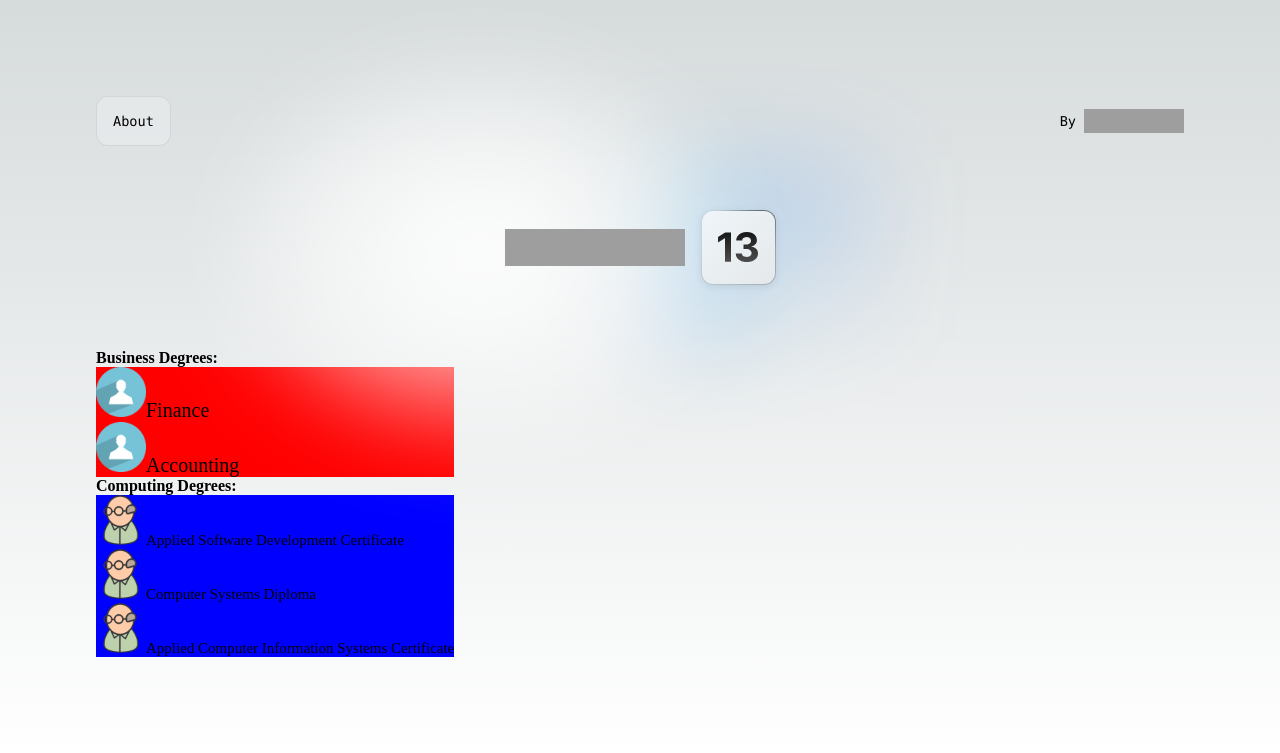
Repository: anikagrewal/week3example
Page: /
These files come from the project's save history. The page is drawn as it stood at one moment and after the next save; the edit follows.
The browser window is 1280 px wide. The pictures show the whole page.
Pictures or frames that could not be fetched are drawn as grey boxes. The project was rebuilt for these pictures with package versions that can differ from the ones it lists, and the page was loaded fresh each time. The framework's server and built-in components were replaced by stand-ins that run in the browser. Also part of the build but not shown: next.config.js.

Above is the page before, as saved 2023-01-18 12:49:41.

### pages/index.js
import Head from 'next/head'
import Image from 'next/image'
import { Inter } from '@next/font/google'
import styles from '@/styles/Home.module.css'
import data from '../data/education.json'
import { useState } from 'react'
import Card from '../components/Card'
import Link from 'next/link'

const inter = Inter({ subsets: ['latin'] })

console.log(data);
export default function Home() {

  const [information, setInformation] = useState([...data])

  return (
    <>
      <Head>
        <title>Create Next App</title>
        <meta name="description" content="Generated by create next app" />
        <meta name="viewport" content="width=device-width, initial-scale=1" />
        <link rel="icon" href="/favicon.ico" />
      </Head>
      <main className={styles.main}>
        <div className={styles.description}>
          <p>
            <Link href="about">About</Link>
          </p>
          <div>
            <a
              href="https://vercel.com?utm_source=create-next-app&utm_medium=default-template&utm_campaign=create-next-app"
              target="_blank"
              rel="noopener noreferrer"
            >
              By{' '}
              <Image
                src="/vercel.svg"
                alt="Vercel Logo"
                className={styles.vercelLogo}
                width={100}
                height={24}
                priority
              />
            </a>
          </div>
        </div>

        <div className={styles.center}>
          <Image
            className={styles.logo}
            src="/next.svg"
            alt="Next.js Logo"
            width={180}
            height={37}
            priority
          />
          <div className={styles.thirteen}>
            <Image
              src="/thirteen.svg"
              alt="13"
              width={40}
              height={31}
              priority
            />
          </div>
        </div>

        <div className={styles.grid}>
          <div className={styles.gridlayout}>
          <div className={styles.busdeg}>
        <b>Business Degrees: </b>
          {information && information.map((info, index) => {
            if(info.department === "Business") {
              return (
                <Card key={index} degree={info.degree} colour="red" font="20px"/>
              )
            }


          })}
          </div>

        <div className={styles.compdeg}>
          <b>Computing Degrees:</b>
            {information && information.map((info, index) => {
            if(info.department.toLowerCase() === "computing") {
              return (
                <Card key={index} degree={info.degree} colour="blue" font="15px"/>
              )
            }
          })}

          </div>
        </div>
        </div>
      </main>
    </>
  )
}

### styles/Home.module.css
.main {
  display: flex;
  flex-direction: column;
  justify-content: space-between;
  align-items: center;
  padding: 6rem;
  min-height: 100vh;
}

.description {
  display: inherit;
  justify-content: inherit;
  align-items: inherit;
  font-size: 0.85rem;
  max-width: var(--max-width);
  width: 100%;
  z-index: 2;
  font-family: var(--font-mono);
}

.description a {
  display: flex;
  justify-content: center;
  align-items: center;
  gap: 0.5rem;
}

.description p {
  position: relative;
  margin: 0;
  padding: 1rem;
  background-color: rgba(var(--callout-rgb), 0.5);
  border: 1px solid rgba(var(--callout-border-rgb), 0.3);
  border-radius: var(--border-radius);
}

.code {
  font-weight: 700;
  font-family: var(--font-mono);
}

.grid {
  display: grid;
  grid-template-columns: repeat(4, minmax(25%, auto));
  width: var(--max-width);
  max-width: 100%;

}

.grid {
  display: flex;
  gap: 50px;
}

.card {
  padding: 1rem 1.2rem;
  border-radius: var(--border-radius);
  background: rgba(var(--card-rgb), 0);
  border: 1px solid rgba(var(--card-border-rgb), 0);
  transition: background 200ms, border 200ms;
}

.card span {
  display: inline-block;
  transition: transform 200ms;
}

.card h2 {
  font-weight: 600;
  margin-bottom: 0.7rem;
}

.card p {
  margin: 0;
  opacity: 0.6;
  font-size: 0.9rem;
  line-height: 1.5;
  max-width: 30ch;
}

.center {
  display: flex;
  justify-content: center;
  align-items: center;
  position: relative;
  padding: 4rem 0;
}

.center::before {
  background: var(--secondary-glow);
  border-radius: 50%;
  width: 480px;
  height: 360px;
  margin-left: -400px;
}

.center::after {
  background: var(--primary-glow);
  width: 240px;
  height: 180px;
  z-index: -1;
}

.center::before,
.center::after {
  content: '';
  left: 50%;
  position: absolute;
  filter: blur(45px);
  transform: translateZ(0);
}

.logo,
.thirteen {
  position: relative;
}

.thirteen {
  display: flex;
  justify-content: center;
  align-items: center;
  width: 75px;
  height: 75px;
  padding: 25px 10px;
  margin-left: 16px;
  transform: translateZ(0);
  border-radius: var(--border-radius);
  overflow: hidden;
  box-shadow: 0px 2px 8px -1px #0000001a;
}

.thirteen::before,
.thirteen::after {
  content: '';
  position: absolute;
  z-index: -1;
}



/* Conic Gradient Animation */
.thirteen::before {
  animation: 6s rotate linear infinite;
  width: 200%;
  height: 200%;
  background: var(--tile-border);
}

/* Inner Square */
.thirteen::after {
  inset: 0;
  padding: 1px;
  border-radius: var(--border-radius);
  background: linear-gradient(
    to bottom right,
    rgba(var(--tile-start-rgb), 1),
    rgba(var(--tile-end-rgb), 1)
  );
  background-clip: content-box;
}

/* Enable hover only on non-touch devices */
@media (hover: hover) and (pointer: fine) {
  .card:hover {
    background: rgba(var(--card-rgb), 0.1);
    border: 1px solid rgba(var(--card-border-rgb), 0.15);
  }

  .card:hover span {
    transform: translateX(4px);
  }
}

@media (prefers-reduced-motion) {
  .thirteen::before {
    animation: none;
  }

  .card:hover span {
    transform: none;
  }
}

/* Mobile */
@media (max-width: 700px) {
  .content {
    padding: 4rem;
  }

  .grid {
    grid-template-columns: 1fr;
    margin-bottom: 120px;
    max-width: 320px;
    text-align: center;
  }

  .card {
    padding: 1rem 2.5rem;
  }

  .card h2 {
    margin-bottom: 0.5rem;
  }

  .center {
    padding: 8rem 0 6rem;
  }

  .center::before {
    transform: none;
    height: 300px;
  }

  .description {
    font-size: 0.8rem;
  }

  .description a {
    padding: 1rem;
  }

  .description p,
  .description div {
    display: flex;
    justify-content: center;
    position: fixed;
    width: 100%;
  }

  .description p {
    align-items: center;
    inset: 0 0 auto;
    padding: 2rem 1rem 1.4rem;
    border-radius: 0;
    border: none;
    border-bottom: 1px solid rgba(var(--callout-border-rgb), 0.25);
    background: linear-gradient(
      to bottom,
      rgba(var(--background-start-rgb), 1),
      rgba(var(--callout-rgb), 0.5)
    );
    background-clip: padding-box;
    backdrop-filter: blur(24px);
  }

  .description div {
    align-items: flex-end;
    pointer-events: none;
    inset: auto 0 0;
    padding: 2rem;
    height: 200px;
    background: linear-gradient(
      to bottom,
      transparent 0%,
      rgb(var(--background-end-rgb)) 40%
    );
    z-index: 1;
  }
}

/* Tablet and Smaller Desktop */
@media (min-width: 701px) and (max-width: 1120px) {
  .grid {
    grid-template-columns: repeat(2, 50%);
  }
}

@media (prefers-color-scheme: dark) {
  .vercelLogo {
    filter: invert(1);
  }

  .logo,
  .thirteen img {
    filter: invert(1) drop-shadow(0 0 0.3rem #ffffff70);
  }
}

@keyframes rotate {
  from {
    transform: rotate(360deg);
  }
  to {
    transform: rotate(0deg);
  }
}

### data/education.json
[
        {
            "studentNumber": "A0004567",
            "firstName": "Person 1",
            "gpa": 3.8,
            "department": "Business",
            "degree": "Finance",
            "graduted": 2014
        },
        {
            "studentNumber": "A0001234",
            "firstName": "Person 2",
            "gpa": 3.5,
            "department": "Business",
            "degree": "Accounting",
            "graduted": 2010
        },
        {
            "studentNumber": "A0007890",
            "firstName": "Person 3",
            "gpa": 3.2,
            "department": "Computing",
            "degree": "Applied Software Development Certificate",
            "graduted": 2018
        },
        {
            "studentNumber": "A0007828",
            "firstName": "Person 4",
            "gpa": 3.9,
            "department": "Computing",
            "degree": "Computer Systems Diploma",
            "graduted": 2021
        },
        {
            "studentNumber": "A0003425",
            "firstName": "Person 5",
            "gpa": 3.2,
            "department": "Computing",
            "degree": "Applied Computer Information Systems Certificate",
            "graduted": 2021
        }
]

### components/Card/index.js
export default function Card({
    degree = "none",
    colour = "purple",
    font = "0",
    image = "icon/personTwo.png"
}) {
    return(
        <div style={{backgroundColor: colour, fontSize:font}}>
            {
                colour === "red" ? <img src={'icon/person.png'} width="50"/> :
                colour === "blue" ? <img src={'icon/personThree.png'} width="50"/>:
                                     <img src={image} width="50"/>
            }
            {degree}
        </div>
    )
}

Loaded but not shown: pages/_app.js (common file); pages/_document.js (common file); styles/globals.css (common file)

After the next save:
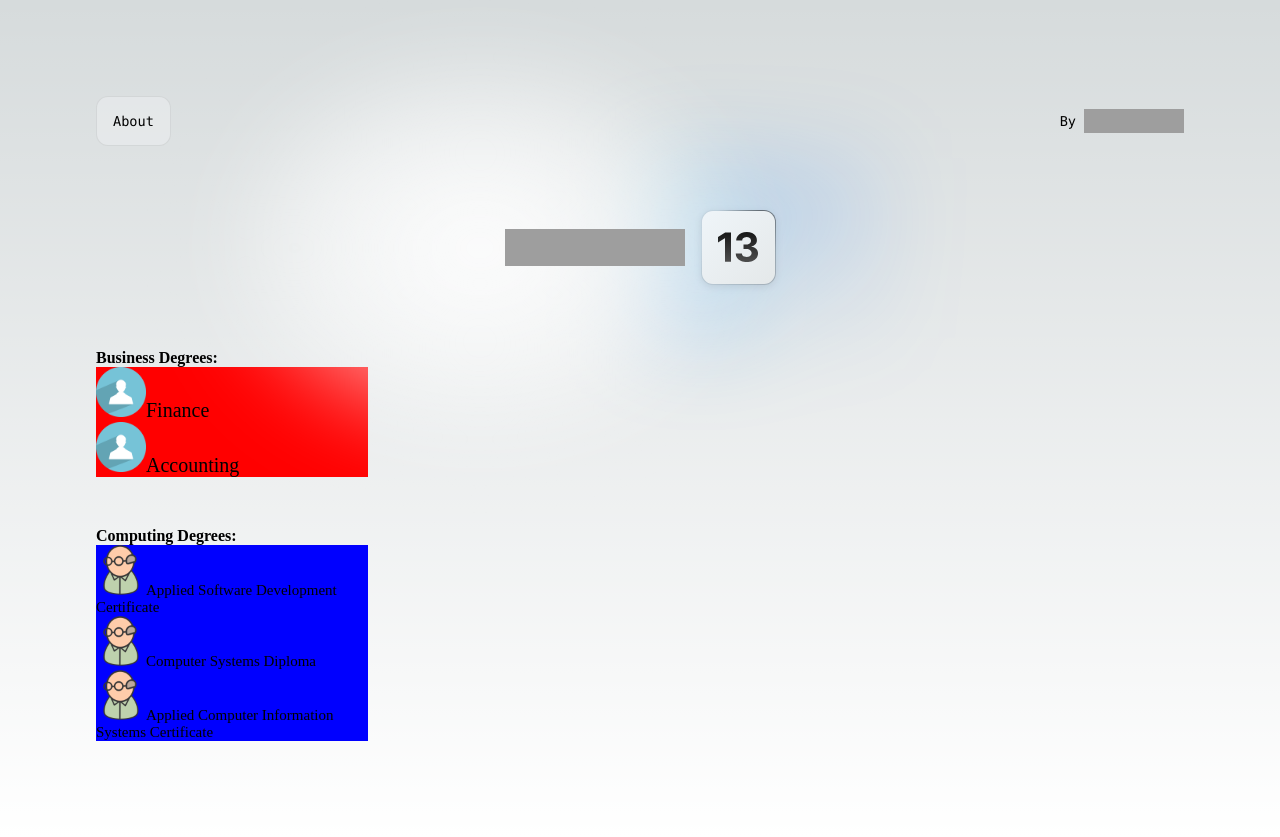
Saved 24 s later.
--- a/styles/Home.module.css
+++ b/styles/Home.module.css
@@ -44,11 +44,11 @@
   grid-template-columns: repeat(4, minmax(25%, auto));
   width: var(--max-width);
   max-width: 100%;
-
-}
-
-.grid {
-  display: flex;
+}
+
+.gridlayout {
+  display: flex;
+  flex-direction: column;
   gap: 50px;
 }
 
